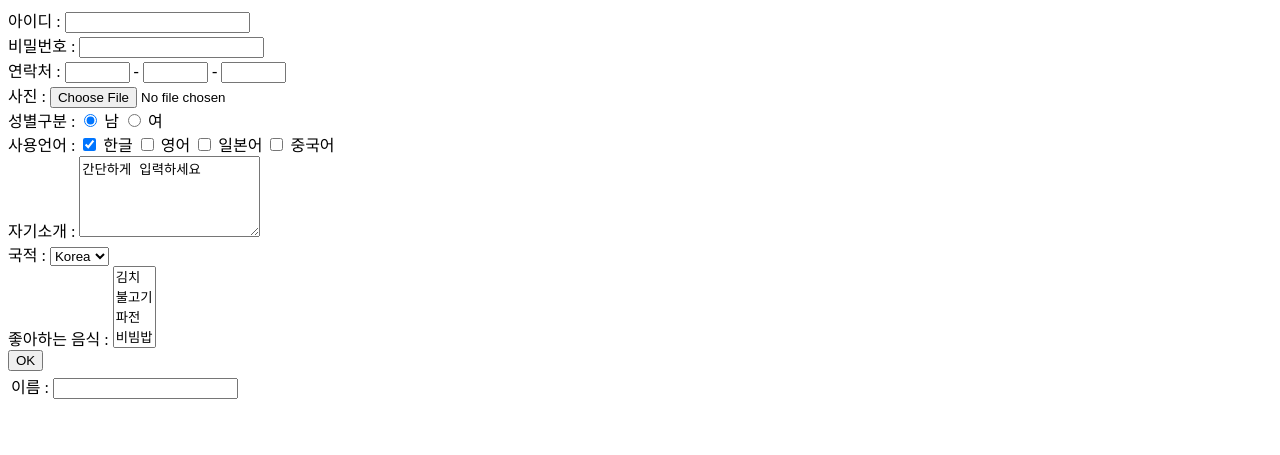
Repository: usonihs/StudyX
Page: JSP/HTML/src/main/webapp/Lec06Quiz.html
An editor plug-in stored every save of this project. The page is shown before and after the next save, followed by the edit.
The browser window is 1280 px wide. The pictures show the whole page.

Above is the page before, as saved 2022-10-19 06:29:52.

### JSP/HTML/src/main/webapp/Lec06Quiz.html
<!DOCTYPE html>
<html>
<head>
<meta charset="UTF-8">
<title>Insert title here</title>
</head>
<body>
<table border="0">
<form action="#" method="post">
		<tr>
		<td>
		이름 : <input type="text" name="userName"><br>
		</td>
		아이디 : <input type="text" name="userId"><br>
		비밀번호 : <input type="password" name="userPassword"><br>
		연락처 :
		<input type="text" name="phone1" size="5"> -
		<input type="text" name="phone2" size="5"> -
		<input type="text" name="phone3" size="5"> <br>
		사진 : <input type="file" name="picture"><br>
		성별구분 :
		<input type="radio" name="gender" Value="man" checked="checked"> 남
		<input type="radio" name="gender" Value="woman"> 여 <br>
		사용언어 :
		<input type="checkbox" name="lang" value="kor" checked="checked"> 한글
		<input type="checkbox" name="lang" value="eng"> 영어
		<input type="checkbox" name="lang" value="jpn"> 일본어
		<input type="checkbox" name="lang" value="chn"> 중국어 <br>

		자기소개 :
		<textarea rows="5" cols="20">간단하게 입력하세요</textarea><br>

		국적 :
		<select>
			<option>Korea</option>
			<option>USA</option>
			<option>Japan</option>
			<option>China</option>
		</select> <br>

		좋아하는 음식 :
		<select multiple="multiple">
		<option>김치</option>
		<option>불고기</option>
		<option>파전</option>
		<option>비빔밥</option>
		<option>냉면</option>
		<option>순대</option>
		</select><br>

		<input type="submit" name="okBtn" value="OK">
		</tr>
	</form>
</table>
</body>
</html>

After the next save:
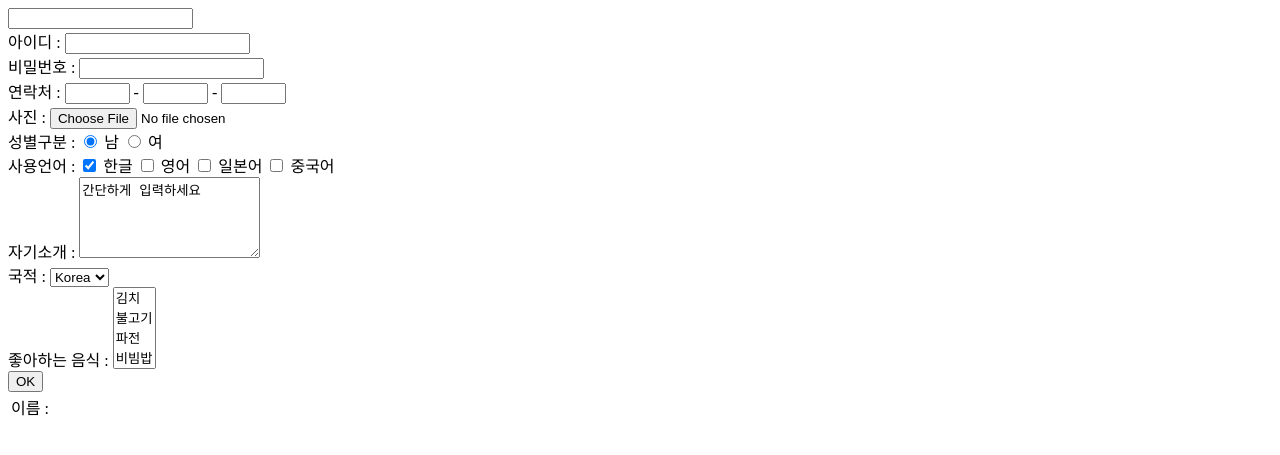
Saved 12 s later.
--- a/JSP/HTML/src/main/webapp/Lec06Quiz.html
+++ b/JSP/HTML/src/main/webapp/Lec06Quiz.html
@@ -9,8 +9,9 @@
 <form action="#" method="post">
 		<tr>
 		<td>
-		이름 : <input type="text" name="userName"><br>
+		이름 :
 		</td>
+		 <input type="text" name="userName"><br>
 		아이디 : <input type="text" name="userId"><br>
 		비밀번호 : <input type="password" name="userPassword"><br>
 		연락처 :

After the save that followed:
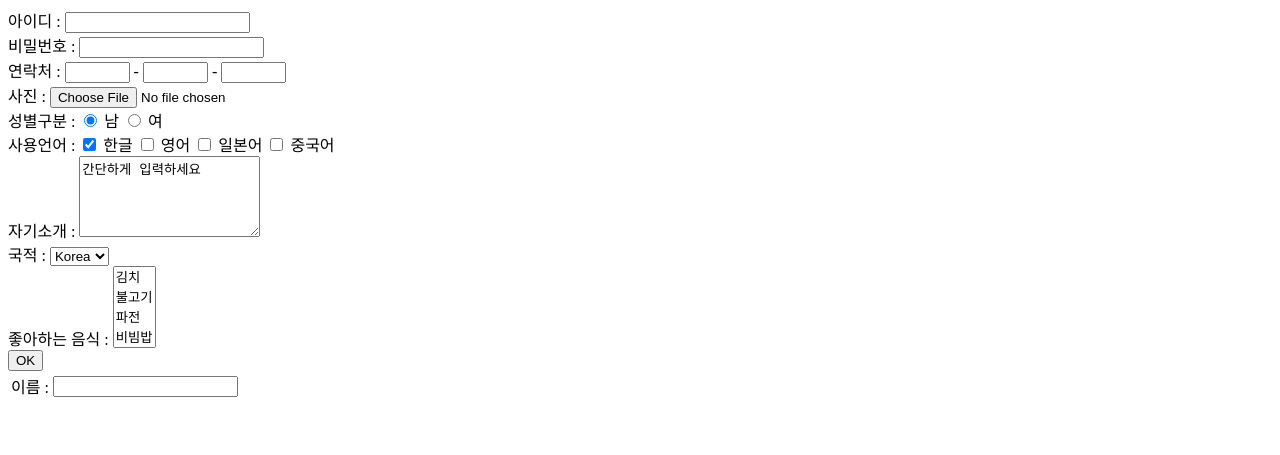
Saved 9 s later.
--- a/JSP/HTML/src/main/webapp/Lec06Quiz.html
+++ b/JSP/HTML/src/main/webapp/Lec06Quiz.html
@@ -11,7 +11,9 @@
 		<td>
 		이름 :
 		</td>
+		<td>
 		 <input type="text" name="userName"><br>
+		</td>
 		아이디 : <input type="text" name="userId"><br>
 		비밀번호 : <input type="password" name="userPassword"><br>
 		연락처 :
